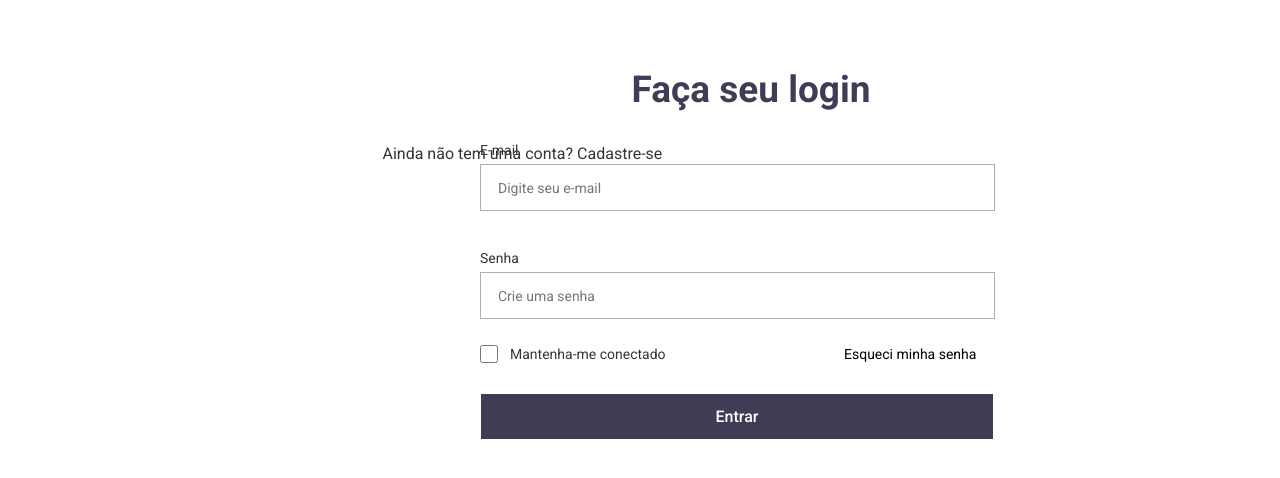
Repository: RenatoCCS/formularios
Page: login.html
The author's editor kept a copy of each file at every save. The page is drawn from the files as they stood at one save, then again after the next save.
The browser window is 1280 px wide. The pictures show the whole page.

Above is the page before, as saved 2023-03-27 15:08:48.

### login.html
<!DOCTYPE html>
<html lang="pt-br">
  <head>
    <meta charset="UTF-8" />
    <meta http-equiv="X-UA-Compatible" content="IE=edge" />
    <meta name="viewport" content="width=device-width, initial-scale=1.0" />
    <link rel="stylesheet" href="style.css" />
    <title>Faça seu login</title>
  </head>
  <body class="container">
    <form action="" class="form__Login">
      <div></div>
      <h1 class="form__Login__Titulo">Faça seu login</h1>
    </div>

    <div class="email__Login">
      <label class="email__Login__Titulo" for="email">E-mail</label>
      <br />
      <input
      class="email__Login__Campo"
        id="email"
        type="email"
        name="email"
        placeholder="Digite seu e-mail"
      />
    </div>
      <br /><br />

      <div class="senha__Login">
      <label class="senha__Login__Titulo"  for="password">Senha</label>
      <br />
      <input
      class="senha__Login__Campo"
        id="password"
        type="password"
        name="senha"
        placeholder="Crie uma senha"/>
    </div>
      <br /><br />

      <div class="conectado__Login">
      <input class="conectado__Login__Botao" type="checkbox" name="manter__conectado" id="conected" />
      <label class="conectado__Login__Texto" for="conected">Mantenha-me conectado</label>


      <label class="conectado__Login__Senha" for="conected">Esqueci minha senha</label><br /><br />
    </div>

    <div class="botao__Login">
      <button class="botao__Entrar__Login" type="submit">Entrar</button>
    </div>
      <br /><br />

      <div class="semConta__Login">
      <p class="semConta__Login____Frase">Ainda não tem uma conta? Cadastre-se</p>
    </div>

    </form>
  </body>
</html>

### style.css
@import url('https://fonts.googleapis.com/css2?family= Roboto :wght@400;500;700 & display=swap');

* {
  margin: 0;
  padding: 0;
}

:root {
  --primeira-cor: #3f3d56;
  --segunda-cor: #323730;
  --terceira-cor: #abb3a8;
  --quarta-cor: #ffffff;
  --quinta-cor: #3f3f40;
  --sexta-cor: #da2a41;

  --fonte-primaria: 'Roboto', sans-serif;
}

.container {
  display: flex;
  justify-content: center;
}

.form__Cadastro__Titulo {
  position: absolute;
  width: 302px;
  height: 43px;
  left: 569px;
  top: 68px;
  color: var(--primeira-cor);
  font-family: var(--fonte-primaria);
  font-style: normal;
  font-weight: 700;
  font-size: 17px; /*o indicado é 37px, mas se manter quebra a linha*/
  line-height: 43px;
  text-align: center;
}

.nome__Cadastro {
  position: absolute;
  width: 396px;
  height: 69px;
  top: 139px;
  left: 522px;
}

.nome__Cadastro__Nomecompleto {
  position: absolute;
  width: 100px;
  height: 24px;
  top: -6px;
  left: 0px;
  color: var(--segunda-cor);
  font-family: var(--fonte-primaria);
  font-style: normal;
  font-weight: 400;
  font-size: 14px;
  line-height: 24px;
}

.nome__Cadastro__Campo {
  position: absolute;
  width: 163px;
  height: 24px;
  top: 34px;
  left: 14px;
  color: var(--terceira-cor);
  font-family: var(--fonte-primaria);
  font-style: normal;
  font-weight: 400;
  font-size: 14px;
  line-height: 24px;
  padding: 12px 219px 11px 14px;
}

.nome__Cadastro__Campo {
  box-sizing: border-box;
  border: 1px solid;
  position: absolute;
  width: 396px;
  height: 47px;
  top: 22px;
  left: 0%;
  right: 0%;
  top: 31.88%;
  bottom: 0%;
  color: var(--terceira-cor);
  background-color: var(--quarta-cor);
}

.data__Cadastro {
  position: absolute;
  width: 170px;
  height: 74px;
  left: 522px;
  top: 232px;
}

.data__Cadastro__Nascimento {
  position: absolute;
  width: 127px;
  height: 18px;
  top: -2px;
  left: 0px;
  color: var(--quinta-cor);
  font-family: var(--fonte-primaria);
  font-style: normal;
  font-weight: 400;
  font-size: 14px;
  line-height: 24px;
  display: flex;
  align-items: center;
}

.data__Cadastro__Calendario {
  position: absolute;
  width: 83px;
  height: 24px;
  top: 12px;
  left: 14px;
  color: var(--terceira-cor);
  font-family: var(--fonte-primaria);
  font-style: normal;
  font-weight: 400;
  font-size: 14px;
  line-height: 24px;
  display: flex;
  align-items: center;
  padding: 12px 0px 11px 14px;
}

.data__Cadastro__Calendario {
  box-sizing: border-box;
  border: 1px solid;
  position: absolute;
  width: 170px;
  height: 47px;
  top: 22px;
  left: 0%;
  right: 0%;
  top: 31.88%;
  bottom: 0%;
  color: var(--terceira-cor);
  background-color: var(--quarta-cor);
}

.pais__Cadastro {
  position: absolute;
  width: 208px;
  height: 69px;
  top: 230px;
  left: 710px;
}

.pais__Cadastro__Pais {
  position: absolute;
  width: 34px;
  height: 15px;
  top: -2px;
  left: 0px;
  color: var(--segunda-cor);
  font-family: var(--fonte-primaria);
  font-style: normal;
  font-weight: 400;
  font-size: 14px;
  line-height: 24px;
}

.pais__Cadastro__Vermelho {
  position: absolute;
  width: 34px;
  height: 15px;
  top: -2px;
  left: 30px;
  color: var(--sexta-cor);
  font-family: var(--fonte-primaria);
  font-style: normal;
  font-weight: 400;
  font-size: 14px;
  line-height: 24px;
}

.pais__Cadastro__Campo {
  position: absolute;
  width: 66px;
  height: 24px;
  top: 34px;
  left: 14px;
  color: var(--terceira-cor);
  font-family: var(--fonte-primaria);
  font-style: normal;
  font-weight: 400;
  font-size: 14px;
  line-height: 24px;
  padding: 12px 11px 14px;
}

.pais__Cadastro__Campo {
  box-sizing: border-box;
  border: 1px solid;
  position: absolute;
  width: 208px;
  height: 47px;
  top: 24px;
  left: 0%;
  right: 0%;
  top: 31, 88%;
  bottom: 0%;
  color: var(--terceira-cor);
  background-color: var(--quarta-cor);
}

.pais__Cadastro__Campo option {
  position: absolute;
  color: var(--segunda-cor);
  font-family: var(--fonte-primaria);
  font-style: normal;
  font-weight: 400;
  font-size: 14px;
  line-height: 16px;
}

.pais__Cadastro__Seta {
  position: absolute;
  width: 12px;
  height: 6px;
  top: 45px;
  left: 193px;
}

.genero__Cadastro {
  position: absolute;
  width: 386px;
  height: 50px;
  top: 328px;
  left: 522px;
}

.genero__Cadastro__Titulo {
  position: absolute;
  width: 49px;
  height: 24px;
  top: -2px;
  left: 0px;
  color: var(--segunda-cor);
  font-family: var(--fonte-primaria);
  font-style: normal;
  font-weight: 400;
  font-size: 14px;
  line-height: 24px;
}

.genero__Cadastro__Botao1 {
  position: absolute;
  box-sizing: border-box;
  width: 18px;
  height: 18px;
  top: 32px;
  left: 0px;
}

.genero__Cadastro__Feminino {
  position: absolute;
  width: 58px;
  height: 16px;
  top: 32px;
  left: 24px;
  color: var(--segunda-cor);
  font-family: var(--fonte-primaria);
  font-style: normal;
  font-weight: 400;
  font-size: 14px;
  line-height: 16px;
}

.genero__Cadastro__Botao2 {
  position: absolute;
  box-sizing: border-box;
  width: 18px;
  height: 18px;
  top: 32px;
  left: 137px;
}

.genero__Cadastro__Masculino {
  position: absolute;
  width: 65px;
  height: 16px;
  top: 32px;
  left: 161px;
  color: var(--segunda-cor);
  font-family: var(--fonte-primaria);
  font-style: normal;
  font-weight: 400;
  font-size: 14px;
  line-height: 16px;
}

.genero__Cadastro__Botao3 {
  position: absolute;
  box-sizing: border-box;
  width: 18px;
  height: 18px;
  top: 32px;
  left: 282px;
}

.genero__Cadastro__Naodeclarar {
  position: absolute;
  width: 81px;
  height: 16px;
  top: 32px;
  left: 306px;
  color: var(--segunda-cor);
  font-family: var(--fonte-primaria);
  font-style: normal;
  font-weight: 400;
  font-size: 14px;
  line-height: 16px;
}

.email__Cadastro {
  position: absolute;
  width: 396px;
  height: 69px;
  top: 406px;
  left: 522px;
}

.email__Cadastro__Titulo {
  position: absolute;
  width: 40px;
  height: 24px;
  top: -4px;
  left: 0px;
  color: var(--segunda-cor);
  font-family: var(--fonte-primaria);
  font-style: normal;
  font-weight: 400;
  font-size: 14px;
  line-height: 24px;
}

.email__Cadastro__Campo {
  position: absolute;
  width: 104px;
  height: 24px;
  top: 34px;
  left: 14px;
  color: var(--terceira-cor);
  font-family: var(--fonte-primaria);
  font-style: normal;
  font-weight: 400;
  font-size: 14px;
  line-height: 24px;
  padding: 12px 270px 11px 14px;
}

.email__Cadastro__Campo {
  box-sizing: border-box;
  border: 1px solid;
  position: absolute;
  width: 396px;
  height: 47px;
  top: 22px;
  left: 0%;
  right: 0%;
  top: 31.88%;
  bottom: 0%;
  color: var(--terceira-cor);
  background-color: var(--quarta-cor);
}

.senha__Cadastro {
  position: absolute;
  width: 396px;
  height: 75px;
  top: 497px;
  left: 522px;
}

.senha__Cadastro__Titulo {
  position: absolute;
  width: 39px;
  height: 24px;
  top: -4px;
  left: 0px;
  color: var(--segunda-cor);
  font-family: var(--fonte-primaria);
  font-style: normal;
  font-weight: 400;
  font-size: 14px;
  line-height: 24px;
}

.senha__Cadastro__Campo {
  position: absolute;
  width: 97px;
  height: 24px;
  top: 34px;
  left: 14px;
  color: var(--terceira-cor);
  font-family: var(--fonte-primaria);
  font-style: normal;
  font-weight: 400;
  font-size: 14px;
  line-height: 24px;
  padding: 12px 278px 11px 14px;
}

.senha__Cadastro__Campo {
  box-sizing: border-box;
  border: 1px solid;
  position: absolute;
  width: 396px;
  height: 47px;
  top: 22px;
  left: 0%;
  right: 0%;
  top: 31.88%;
  bottom: 0%;
  color: var(--terceira-cor);
  background-color: var(--quarta-cor);
}

.confirma__Cadastro {
  position: absolute;
  width: 396px;
  height: 75px;
  top: 594px;
  left: 522px;
}

.confirma__Cadastro__Titulo {
  position: absolute;
  width: 126px;
  height: 24px;
  top: -4px;
  left: 0px;
  color: var(--segunda-cor);
  font-family: var(--fonte-primaria);
  font-style: normal;
  font-weight: 400;
  font-size: 14px;
  line-height: 24px;
}

.confirma__Cadastro__Campo {
  position: absolute;
  width: 104px;
  height: 24px;
  top: 34px;
  left: 14px;
  color: var(--terceira-cor);
  font-family: var(--fonte-primaria);
  font-style: normal;
  font-weight: 400;
  font-size: 14px;
  line-height: 24px;
  padding: 12px 276px 11px 14px;
}

.confirma__Cadastro__Campo {
  box-sizing: border-box;
  border: 1px solid;
  position: absolute;
  width: 396px;
  height: 47px;
  top: 22px;
  left: 0%;
  right: 0%;
  top: 31.88%;
  bottom: 0%;
  color: var(--terceira-cor);
  background-color: var(--quarta-cor);
}

.termo__Cadastro {
  position: absolute;
  width: 396px;
  height: 34px;
  top: 697px;
  left: 522px;
}

.termo__Cadastro__Botao {
  position: absolute;
  width: 18px;
  height: 18px;
  top: 0px;
  left: 0px;
  color: var(--segunda-cor);
  font-family: var(--fonte-primaria);
  font-style: normal;
  font-weight: 400;
  font-size: 14px;
  line-height: 24px;
}

.termo__Cadastro__Texto {
  position: absolute;
  width: 368px;
  height: 34px;
  top: -3px;
  left: 30px;
  color: var(--segunda-cor);
  font-family: var(--fonte-primaria);
  font-style: normal;
  font-weight: 400;
  font-size: 14px;
  line-height: 130%;
}

.botao__Cadastro {
  position: absolute;
  width: 396px;
  height: 47px;
  top: 759px;
  left: 522px;
}

.botao__Cadastro__Cadastrar {
  box-sizing: border-box;
  border: 1px solid;
  border-radius: 5px;
  position: absolute;
  width: 396px;
  height: 47px;
  top: 0px;
  background-color: var(--primeira-cor);
}

.botao__Cadastro__Cadastrar {
  color: var(--quarta-cor);
  font-family: var(--fonte-primaria);
  font-style: normal;
  font-weight: 500;
  font-size: 16px;
  line-height: 19px;
  text-align: center;
}

.pergunta__Cadastro {
  position: absolute;
  width: 300px;
  height: 16px;
  top: 834px;
  left: 572px;
  color: var(--segunda-cor);
  font-family: var(--fonte-primaria);
  font-style: normal;
  font-weight: 400;
  font-size: 14px;
  line-height: 16px;
}

/*Inicio da parte Login*/

.form__Login__Titulo {
  position: absolute;
  width: 300px; /*O indicado era 240*/
  height: 43px;
  top: 68px;
  left: 601px;
  color: var(--primeira-cor);
  font-family: var(--fonte-primaria);
  font-style: normal;
  font-weight: 700;
  font-size: 37px;
  line-height: 43px;
  text-align: center;
}

.email__Login {
  position: absolute;
  width: 515px;
  height: 69px;
  top: 142px;
  left: 480px;
}

.email__Login__Titulo {
  position: absolute;
  width: 478px;
  height: 16px;
  top: 0px;
  left: 0px;
  color: var(--segunda-cor);
  font-family: var(--fonte-primaria);
  font-style: normal;
  font-weight: 400;
  font-size: 14px;
  line-height: 16px;
}

.email__Login__Campo {
  position: absolute;
  width: 104px;
  height: 16px;
  top: 38px;
  left: 17px;
  color: var(--terceira-cor);
  font-family: var(--fonte-primaria);
  font-style: normal;
  font-weight: 400;
  font-size: 14px;
  line-height: 16px;
  padding: 16px 390px 15px 17px;
}

.email__Login__Campo {
  box-sizing: border-box;
  border: 1px solid;
  position: absolute;
  width: 515px;
  height: 47px;
  top: 22px;
  left: 0%;
  right: 0%;
  top: 31.88%;
  bottom: 0%;
  color: var(--terceira-cor);
  background-color: var(--quarta-cor);
}

.senha__Login {
  position: absolute;
  width: 515px;
  height: 69px;
  top: 250px;
  left: 480px;
}

.senha__Login__Titulo {
  position: absolute;
  width: 39px;
  height: 16px;
  top: 0px;
  left: 0px;
  color: var(--segunda-cor);
  font-family: var(--fonte-primaria);
  font-style: normal;
  font-weight: 400;
  font-size: 14px;
  line-height: 16px;
}

.senha__Login__Campo {
  position: absolute;
  width: 97px;
  height: 16px;
  top: 288px;
  left: 480px;
  color: var(--terceira-cor);
  font-family: var(--fonte-primaria);
  font-style: normal;
  font-weight: 400;
  font-size: 14px;
  line-height: 16px;
  padding: 16px 390px 15px 17px;
}

.senha__Login__Campo {
  box-sizing: border-box;
  border: 1px solid;
  position: absolute;
  width: 515px;
  height: 47px;
  top: 22px;
  left: 0%;
  right: 0%;
  top: 31.88%;
  bottom: 0%;
  color: var(--terceira-cor);
  background-color: var(--quarta-cor);
}

.conectado__Login__Botao {
  position: absolute;
  width: 18px;
  height: 18px;
  top: 345px;
  left: 480px;
}

.conectado__Login__Texto {
  position: absolute;
  width: 165px;
  height: 16px;
  top: 346px;
  left: 510px;
  color: var(--segunda-cor);
  font-family: var(--fonte-primaria);
  font-style: normal;
  font-weight: 400;
  font-size: 14px;
  line-height: 16px;
}

.conectado__Login__Senha {
  position: absolute;
  width: 150px;
  height: 16px;
  top: 346px;
  left: 844px;
  color: var();
  font-family: var(--fonte-primaria);
  font-style: normal;
  font-weight: 400;
  font-size: 14px;
  line-height: 16px;
}

.botao__Login {
  position: absolute;
  width: 514px;
  height: 47px;
  top: 393px;
  left: 480px;
}

.botao__Entrar__Login {
  position: absolute;
  width: 43px;
  height: 19px;
  top: 14px;
  left: 236px;
  color: var(--quarta-cor);
  font-family: var(--fonte-primaria);
  font-style: normal;
  font-weight: 500;
  font-size: 16px;
  line-height: 19px;
}

.botao__Entrar__Login {
  box-sizing: border-box;
  border: 1px solid;
  position: absolute;
  width: 514px;
  height: 47px;
  top: 22px;
  left: 0%;
  right: 0%;
  top: 0%;
  bottom: 0%;
  color: var(--quarta-cor);
  background-color: var(--primeira-cor);
}

.semConta__Login {
  width: 515px;
  height: 16px;
  top: 800px;
  left: 0px;
  color: var(--segunda-cor);
  font-family: var(--fonte-primaria);
  font-style: normal;
  font-weight: 400;
  font-size: 16px;
  line-height: 19px;
}

After the next save:
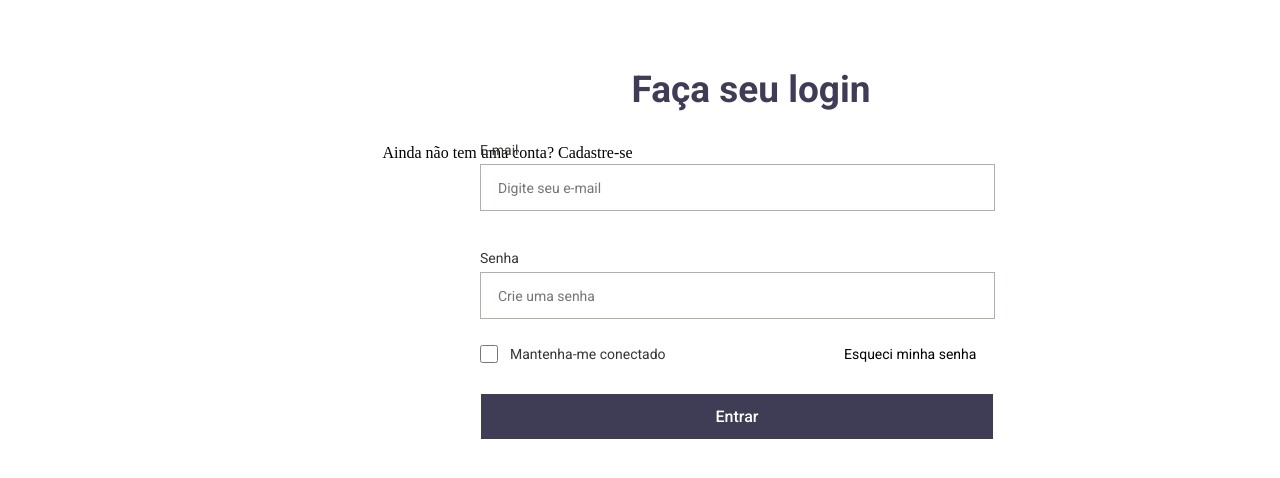
Saved 3 min 5 s later.
--- a/style.css
+++ b/style.css
@@ -750,13 +750,4 @@
 
 .semConta__Login {
   width: 515px;
-  height: 16px;
-  top: 800px;
-  left: 0px;
-  color: var(--segunda-cor);
-  font-family: var(--fonte-primaria);
-  font-style: normal;
-  font-weight: 400;
-  font-size: 16px;
-  line-height: 19px;
-}
+}
